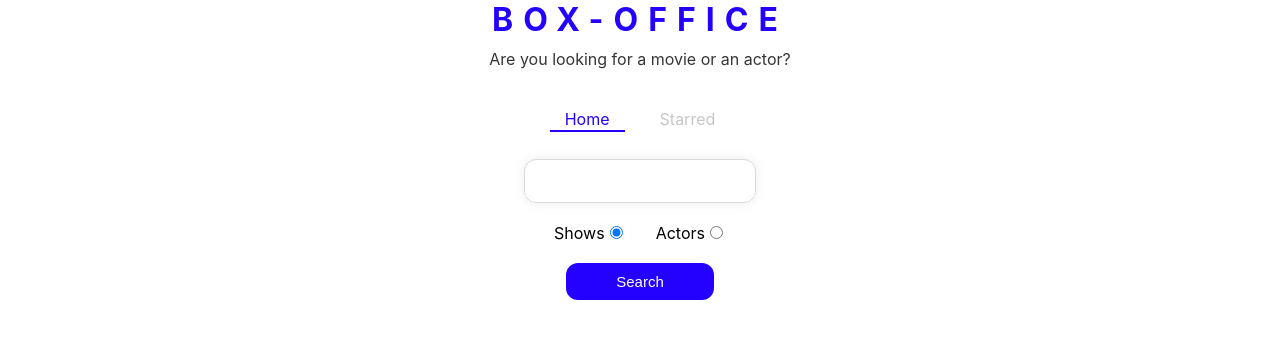
Repository: AishwaryaPandey987/Box-office-app
Page: /
An editor plug-in stored every save of this project. The page is shown before and after the next save, followed by the edit.
The browser window is 1280 px wide. The pictures show the whole page.
The project was rebuilt for these pictures with package versions that can differ from the ones it lists, and the page was loaded fresh each time. A package was used in the major version that the imports need, not the one package.json lists. Also part of the build but not shown: src/components/actor/ActorCard.js, src/components/styled.js, src/components/actor/ActorGrid.js, src/components/show/ShowCard.js, src/components/show/ShowGrid.js, src/components/show/Cast.styled.js, src/components/show/Cast.js, src/components/show/Details.sty;ed.js and 8 more.

Above is the page before, as saved 2022-02-20 18:39:24.

After the next save:
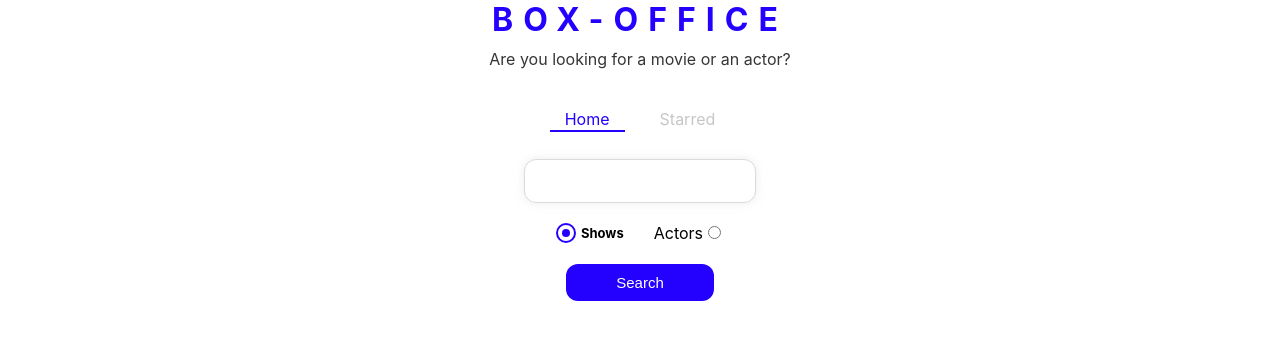
Saved 9 min 21 s later.
--- a/src/components/CustomRadio.js
+++ b/src/components/CustomRadio.js
@@ -1,12 +1,65 @@
 /* eslint-disable react/function-component-definition */
 import React from 'react'
+import styled from 'styled-components';
 
+const RadioWrapper = styled.label`
+  display: block;
+  position: relative;
+  padding-left: 25px;
+  cursor: pointer;
+  font-size: 13px;
+  user-select: none;
+  font-weight: 700;
+  line-height: 1.65;
+
+  input {
+    position: absolute;
+    opacity: 0;
+    cursor: pointer;
+  }
+
+  span {
+    position: absolute;
+    top: 0;
+    left: 0;
+    height: 16px;
+    width: 16px;
+    background-color: #fff;
+    border: 2px solid ${({ theme }) => theme.mainColors.blue};
+    border-radius: 50%;
+  }
+
+  input:checked ~ span {
+    background-color: #fff;
+    border: 2px solid ${({ theme }) => theme.mainColors.blue};
+  }
+
+  span:after {
+    content: '';
+    position: absolute;
+    display: none;
+  }
+
+  input:checked ~ span:after {
+    display: block;
+  }
+
+  span:after {
+    top: 4px;
+    left: 4px;
+    width: 8px;
+    height: 8px;
+    border-radius: 50%;
+    background: ${({ theme }) => theme.mainColors.blue};
+  }
+`;
 const CustomRadio = ({ label, ...restProps}) => {
   return (
-    <label htmlFor={restProps.id}>
+    <RadioWrapper htmlFor={restProps.id}>
     Shows
     <input { ...restProps} type ="radio" />
-  </label>
+    <span/>
+  </RadioWrapper>
   )
 }
 
